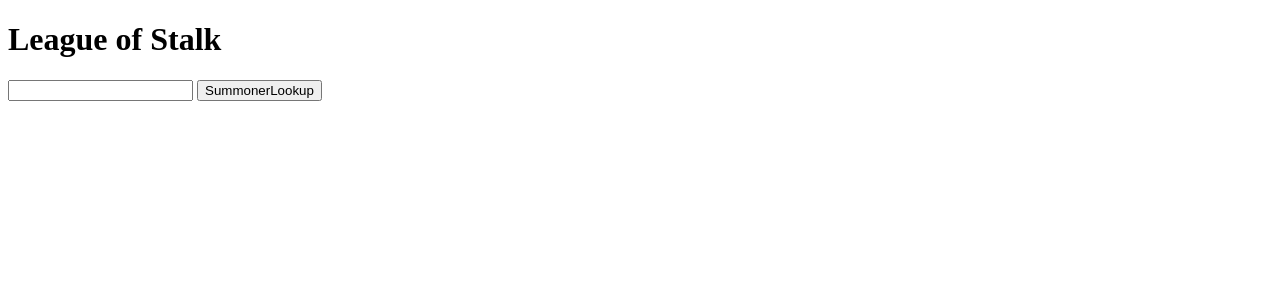
Repository: Dreifingerjpey/TestLos
Page: http://localhost/LeagueOfStalk/
The author's editor kept a copy of each file at every save. The page is drawn from the files as they stood at one save, then again after the next save.
The browser window is 1280 px wide. The pictures show the whole page.
The page is served by Tomcat 9. Other server files are loaded and not shown.

Above is the page before, as saved 2017-08-04 11:21:33.

### Eclipse/LeagueOfStalk/WebContent/index.jsp
<%@ page language="java" contentType="text/html; charset=ISO-8859-1"
    pageEncoding="ISO-8859-1"%>
<!DOCTYPE html PUBLIC "-//W3C//DTD HTML 4.01 Transitional//EN" "http://www.w3.org/TR/html4/loose.dtd">
<html>
<head>
<jsp:include page="CSS/Style.css"/>
<link rel="stylesheet" href="${pageContext.request.contextPath}/CSS/Style.css" />
<meta http-equiv="Content-Type" content="text/html; charset=ISO-8859-1">
<title>League of Stalk</title>
</head>
<body>
<h1>League of Stalk</h1>
<form action="Summoner">
<input Type="text">
<input type="submit" value="SummonerLookup"/>
</form>

</body>
</html>

Loaded but not shown: Eclipse/LeagueOfStalk/WebContent/CSS/Style.css (no copy from this time; the picture is the same without it)

After the next save:
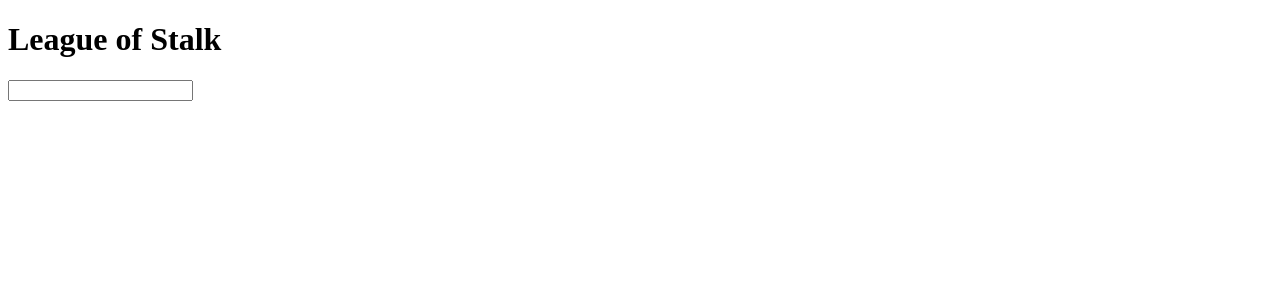
Saved 6 min 55 s later.
--- a/Eclipse/LeagueOfStalk/WebContent/index.jsp
+++ b/Eclipse/LeagueOfStalk/WebContent/index.jsp
@@ -11,8 +11,7 @@
 <body>
 <h1>League of Stalk</h1>
 <form action="Summoner">
-<input Type="text">
-<input type="submit" value="SummonerLookup"/>
+<input name="submit" Type="text">
 </form>
 
 </body>

After the save that followed:
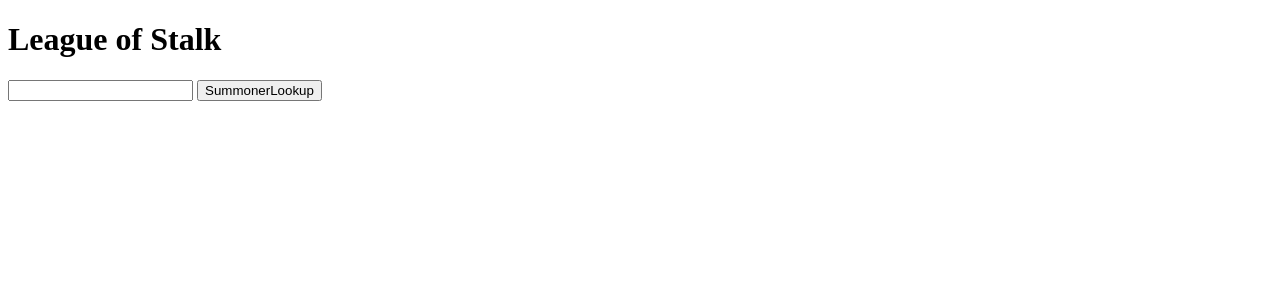
Saved 87 s later.
--- a/Eclipse/LeagueOfStalk/WebContent/index.jsp
+++ b/Eclipse/LeagueOfStalk/WebContent/index.jsp
@@ -12,6 +12,7 @@
 <h1>League of Stalk</h1>
 <form action="Summoner">
 <input name="submit" Type="text">
+<input type="submit" value="SummonerLookup"/>
 </form>
 
 </body>
